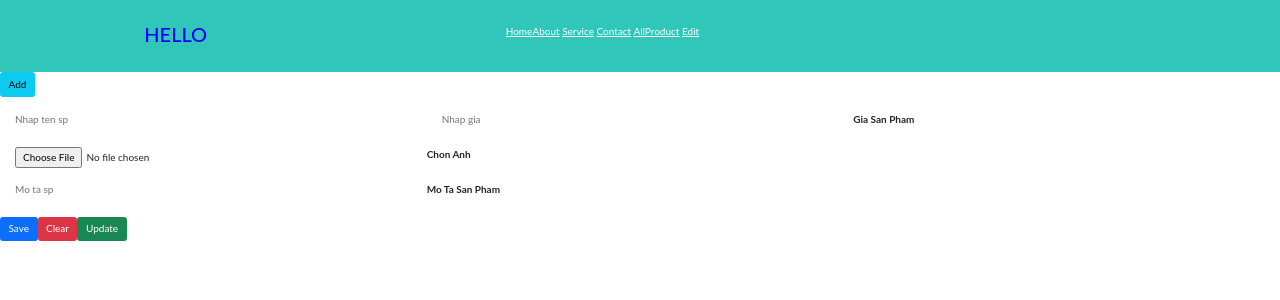
Repository: Hothidani/React
Page: /AllProduct (app in exa/my-react-router-A/)
An editor plug-in stored every save of this project. The page is shown before and after the next save, followed by the edit.
The browser window is 1280 px wide. The pictures show the whole page.
The page's requests for data from a server got no answer. The project was rebuilt for these pictures with package versions that can differ from the ones it lists, and the page was loaded fresh each time. No one was signed in, and anything a server would have sent is missing. Also part of the build but not shown: exa/my-react-router-A/src/component/Navigation.js, exa/my-react-router-A/src/component/Home.js, exa/my-react-router-A/src/component/About.js, exa/my-react-router-A/src/component/Service.js, exa/my-react-router-A/src/component/Contact.js, exa/my-react-router-A/src/component/Edit.js, exa/my-react-router-A/src/component/Add.js.

Above is the page before, as saved 2021-05-10 23:02:15.

### exa/my-react-router-A/public/index.html
<!DOCTYPE html>
<html lang="en">
  <head>
    <meta charset="utf-8" />
    <link rel="icon" href="%PUBLIC_URL%/favicon.ico" />
    <meta name="viewport" content="width=device-width, initial-scale=1" />
    <meta name="theme-color" content="#000000" />

    <meta
      name="description"
      content="Web site created using create-react-app"
    />
    <link rel="apple-touch-icon" href="%PUBLIC_URL%/logo192.png" />
    <!--
      manifest.json provides metadata used when your web app is installed on a
      user's mobile device or desktop. See https://developers.google.com/web/fundamentals/web-app-manifest/
    -->
    <link rel="manifest" href="%PUBLIC_URL%/manifest.json" />
    <link href="%PUBLIC_URL%/../../src/index.css">
    <link rel="stylesheet" href="https://maxcdn.bootstrapcdn.com/bootstrap/3.4.1/css/bootstrap.min.css">
    <script src="https://ajax.googleapis.com/ajax/libs/jquery/3.5.1/jquery.min.js"></script>
    <script src="https://maxcdn.bootstrapcdn.com/bootstrap/3.4.1/js/bootstrap.min.js"></script>
    <!--
      Notice the use of %PUBLIC_URL% in the tags above.
      It will be replaced with the URL of the `public` folder during the build.
      Only files inside the `public` folder can be referenced from the HTML.

      Unlike "/favicon.ico" or "favicon.ico", "%PUBLIC_URL%/favicon.ico" will
      work correctly both with client-side routing and a non-root public URL.
      Learn how to configure a non-root public URL by running `npm run build`.
    -->
    <title>React App</title>
  </head>
  <body>
    <noscript>You need to enable JavaScript to run this app.</noscript>
    <div id="root"></div>
    <!--
      This HTML file is a template.
      If you open it directly in the browser, you will see an empty page.

      You can add webfonts, meta tags, or analytics to this file.
      The build step will place the bundled scripts into the <body> tag.

      To begin the development, run `npm start` or `yarn start`.
      To create a production bundle, use `npm run build` or `yarn build`.
    -->
  </body>
</html>

### exa/my-react-router-A/src/index.js
import React from 'react';
import ReactDOM from 'react-dom';
import App from "./App";
// import AddForm from './App';
import reportWebVitals from './reportWebVitals';

ReactDOM.render(
  <React.StrictMode>
    <App></App>
  </React.StrictMode>,
  document.getElementById('root')
);

// If you want to start measuring performance in your app, pass a function
// to log results (for example: reportWebVitals(console.log))
// or send to an analytics endpoint. Learn more: https://bit.ly/CRA-vitals
reportWebVitals();

### exa/my-react-router-A/src/App.js
import React, { Component } from 'react';
import './App.css';
import './css.css';

import { BrowserRouter as Router, Route, NavLink, Link, Switch } from 'react-router-dom';
import Routers from './component/Routes';


const colorWord = { color: 'White' }
class App extends Component {
  render() {
    return (
      <Router>

        <nav>
          <h2>HELLO</h2>
          <ul className="nav-link">
            <li className="d-inline"><Link to="/" style={colorWord}>Home</Link></li>
            <li className="d-inline"><Link to="/About" style={colorWord} >About</Link></li>
            <li className="d-inline"> <Link to="/Service" style={colorWord}>Service</Link></li>
            <li className="d-inline"> <Link to="/Contact" style={colorWord}>Contact</Link></li>
            <li className="d-inline"> <Link to="/AllProduct" style={colorWord}>AllProduct</Link></li>
            <li className="d-inline"> <Link to="/Edit" style={colorWord}>Edit</Link></li>
          </ul>
        </nav>
        <Switch>
          {this.showContentMenu(Routers)}
        </Switch>

      </Router>
    );

  }
  showContentMenu = (Routers) => {
    var result = null;
    if (Routers.length > 0) {
      result = Routers.map((route, index) => {
        return (

          <Route key={index} path={route.path} exact={route.exact} component={route.main} />
        );
      });
    }
    return result;
  }

}

export default App;

### exa/my-react-router-A/src/App.css
.App {
  text-align: center;
}

nav{
  display: flex;
  justify-content: space-around;
  align-items: center;
  min-height: 10vh;
  background: rgb(48, 199, 186);
  color:blue;
}

.nav-link{
  width: 50%;
  display: flex;
  align-items: center;
  justify-content: space-around;
  list-style: none;
  color: black;
}



/* .row{
  display: flex;
  align-items: center;
} */

### exa/my-react-router-A/src/css.css
* {
    padding: 0;
    margin: 0;
    border: none;
    font-family: 'Lato', sans-serif;
    box-sizing: border-box;
}

html {
    background-color: white;
    text-rendering: optimizeLegibility;
}

.clearfix::after {
    content: "";
    display: table;
    clear: both;
}

.form-control {
    border-radius: 40px;
    border-top-left-radius: 40px;
    border-top-right-radius: 40px;
    border-bottom-right-radius: 40px;
    border-bottom-left-radius: 40px;
}

.content-input {
    width: 500px;
    /* background: #00FFFF; */
}

.content-input-flex {
    display: flex;
    justify-content: space-between;
}

.content-input-footer {
    font-size: 18px;
    display: flex;
    justify-content: center;
}

.footer-logo {
    display: flex;
    justify-content: center;
}

input[class=form-control] {
    background: transparent;
    -webkit-border-radius: 20px;
    -moz-border-radius: 20px;
    border-radius: 20px;
    border: 1px solid none;
    color: #BB0000;
    width: 100%;
    padding-left: 10px;
}

input[class=form-control]:focus {
    outline: none;
    background: #99FFFF;
    border: 1px solid #2da8d9;
    color: #f33838;
}

input[class=form-control]:hover {
    background: #CCFFFF;
    border: 1px solid #2da8d9;
}

.content-input-wrap {
    border-radius: 10px;
    border: rgb(120, 199, 223);
    background-color: rgba(156, 212, 210, 0.4);
    position: relative;
    color: rgba(255, 255, 255, 0.2);
    /* box-shadow: 0px 20px 20px rgb(0 0 0 / 10%), 0px 30px 26px rgb(0 0 0 / 10%); */
}

.content-input-wrap h3 {
    font-weight: 300;
    color: #2da8d9;
}

.content-input-wrap .social {
    width: 100%;
}

.content-input-wrap .social a {
    width: 100%;
    display: block;
    border: 1px solid #00FFFF;
    color: rgba(243, 75, 9, 0.2);
    background: #99CCFF;
}

.content-input-wrap .social a:hover {
    background: rgba(214, 106, 5, 0.2);
    color: rgba(255, 255, 255, 0.2);
    border-color: #00FFFF;
}

.buttonn{
    display: flex;
    justify-content: space-around;
    align-items: center;
    min-width: 5%;

}

### exa/my-react-router-A/src/component/Routes.js
import React from 'react';
import {BrowserRouter as Router, Route} from 'react-router-dom';
import Navigation from './Navigation';
import Home from './Home'
import About from './About';
import Service from './Service';
import Contact from './Contact';
import AllProduct from './AllProduct';
import Edit from './Edit';
import Add from './Add';

const Routers = [
	{
		path : '/',
		exact : true,
		main : ()=> <Home />
	},
	{
		path : '/About',
		exact : true,
		main : ({match})=> <About match={match} />
	},
    {
		path : '/Contact',
		exact : true,
		main : ({match})=> <Contact match={match} />
	}
		,
		  {
			path : '/Service',
			exact : true,
			main : ({match})=> <Service match={match} />
		},
		{
		  path : '/AllProduct',
		  exact : true,
		  main : ({match})=> <AllProduct match={match} />
	  }
	  ,
	  {
		path : '/Add',
		exact : true,
		main : ({match})=> <Add match={match} />
	}
	,
	{
	  path : '/Edit',
	  exact : true,
	  main : ({match})=> <Edit match={match} />
  }


]

export default Routers

### exa/my-react-router-A/src/component/AllProduct.js
// import React, { Component } from 'react';
// import axios from 'axios';
// import Add from './Add';
// import 'bootstrap/dist/css/bootstrap.min.css';


// import { NavLink } from 'react-router-dom';
// class AllProduct extends Component {
//     constructor(props) {
//         super(props);
//         this.state = {
//             product: []
//         }

//     }
//     componentDidMount() {
//         axios({
//             method: 'GET',
//             url: ' https://6093b5e8a7e53a001795161e.mockapi.io/Products',
//             data: null
//         }).then(res => {
//             this.setState({
//                 product: res.data
//             });
//         }).catch(err => {
//         });
//     }




//     // render() {
//     //     return (
//     //       <div className="row">
//     //         {this.state.product.map(element => {
//     //           return (
//     //             <div className="col-3">
//     //               <div className="card" style={{ width: '500', height: '300' }}>

//     //                 <div className="container">
//     //                   <h4><b>{element.id}</b></h4>
//     //                   <b>  {element.product_name}</b>
//     //                   <div class="spacing">
//     //                     <p>Type</p>

//     //                     <img  src={element.product_pic}   width={300} height={200}></img>
//     //                   </div>
//     //                   <div class="spacing">
//     //                     <p>Area</p>
//     //                     <p>{element.price}</p>
//     //                   </div>

//     //                   <div style={{ display: 'flex' }}> <button style={{ width: '300px' }} type="button" class="btn btn-primary" onClick={this.handleBuy}>ADD</button>
//     //                   </div>

//     //                 </div>
//     //               </div>
//     //             </div>
//     //           );
//     //         })}
//     //       </div>
//     //     );
//     //   }
//     // }

//     // componentWillUpdate() {
//     //     if (this.state.sort === true) {
//     //         axios({
//     //             method: 'GET',
//     //             url: 'http://localhost:3000/products?_sort=price&_order=asc&_limit=4',
//     //             data: null
//     //         }).then(res => {
//     //             this.setState({
//     //                 product: res.data
//     //             });
//     //         }).catch(err => {
//     //         });
//     //     } else {
//     //         axios({
//     //             method: 'GET',
//     //             url: 'http://localhost:3000/products?_sort=price&_order=desc&_limit=4',
//     //             data: null
//     //         }).then(res => {
//     //             this.setState({
//     //                 product: res.data
//     //             });
//     //         }).catch(err => {
//     //         });
//     //     }

//     // }

//     Low = () => {
//         this.setState({
//             sort: true
//         });
//     }

//     High = () => {
//         this.setState({
//             sort: false
//         });
//     }

//     onChange = (event) => {
//         var target = event.target;
//         var name = target.name;
//         var value = target.value;
//         this.setState({
//             [name]: value
//         });
//     }

// delete(e) {
// 	e.preventDefault();
//     if(window.confirm('Are you sure?'))
// {
//     fetch('https://6093b5e8a7e53a001795161e.mockapi.io/Products' + e,{
//         method:'DELETE',
//         headers:{'OK':'aplication/json',
//         'Content-Type':'aplication/json'
//     }
//     })
// }
// 	axios.delete('https://6093b5e8a7e53a001795161e.mockapi.io/Products')
// 	.then(res => console.log(res.data));
// }


//     render() {
//         var { product, keyword } = this.state;
//         return (
//             <div>

//                                          <div className="d-inline">
//                                             <NavLink to={`/Add`} >
//                                                 <button className="btn btn-info ">Add <i className="fa fa-chevron-right" /></button>
//                                                 <div className="clearfix" />
//                                             </NavLink>
//                                         </div>
//                 {this.state.product.map((product) => {
//                     return (
//                         <React.Fragment>
//                             <div className="col-sm-3 mt-4 row ">
//                                 <div className="single-item">
//                                     <div className="ribbon-wrapper">
//                                         <div className="ribbon sale">San Pham: {product.id}</div>
//                                         <div className="ribbon sale">Mo Ta: {product.describe}</div>
//                                     </div>
//                                     <div className="single-item-header">
//                                         <a><img src={product.product_pic} alt="" height="300" width="500" /></a>
//                                     </div>
//                                     <div className="single-item-body">
//                                         <p className="single-item-title text-center text-danger t">{product.product_name}</p>
//                                         <p className="single-item-price text-center">
//                                             <span className="mb-3 t">Gia: ${product.price}</span>
//                                         </p>
//                                     </div>
//                                     <div className="single-item-caption mt-1 ml-5">
//                                         <a className="add-to-cart pull-left"><i className="fa fa-shopping-cart" /></a>

//                                         <button type="submit" className="btn btn-primary  " onclick={this.onSubmit}>Update</button>
//                                         <button type="submit" onclick={this.delete} className="btn btn-danger">Delete</button>
//                                         <NavLink to="/AllProduct" className="btn btn-success">View</NavLink>
//                                         {/* <NavLink to="/AllProduct" className="btn btn-success">View</NavLink>
//                                          <div className="d-inline">
//                                             <NavLink to={`/Add`} >
//                                                 <button className="btn btn-info ">Add <i className="fa fa-chevron-right" /></button>
//                                                 <div className="clearfix" />
//                                             </NavLink>
//                                         </div> */}
//                                         {/*
//                                         <div className="d-inline">
//                                             <NavLink to={`/products/${product.id}/productdetail`}  >
//                                                 <button className="btn btn-info ">Details <i className="fa fa-chevron-right" /></button>
//                                                 <div className="clearfix" />
//                                             </NavLink>
//                                         </div> */}
//                                     </div>
//                                 </div>
//                             </div>
//                         </React.Fragment>
//                     );
//                 })}
//             </div>


//         );
//     }
// }



// export default AllProduct;


 import { NavLink } from 'react-router-dom';
 import 'bootstrap/dist/css/bootstrap.min.css';


import React, { Component } from 'react';
import axios from 'axios';
import { toast } from 'react-toastify';
//import { toast } from 'react-toastify';

class AllProduct extends Component {
    constructor(props) {
        super(props)
        this.state = {
            products: [],
            id: '',
            product_name: '',
            price: '',
            describe: '',
            product_pic:''
        }
    }

    onChange = (event) => {
        var target = event.target;
        var nam = target.name;
        var val = target.value;
        this.setState({
            [nam]: val
        });
    }

    onClear = () => {
        this.setState({
            id: '',
            product_name: '',
            price: '',
            describe: '',
            product_pic:''
        });
    }

    onSave = (event) => {
        event.preventDefault();
        const pro = {
        product_name: this.state.product_name,
		product_pic: this.state.product_pic,
        price: this.state.price,
        describe: this.state.describe
        };
        axios({
            method: 'POST',
            url: `http://localhost:3000/Products`,
            data: pro
        }).then(res => {
           res.data = pro;
           alert("Đã thêm một sản phẩm thành công")
        }).catch(err => {
        });
       /* axios.post(`https://6093b5e8a7e53a001795161e.mockapi.io/Products`, pro)
            .then(res => {
                alert("Đã thêm một sản phẩm thành công")
                console.log(res);
                console.log(res.data);
            })
        this.state.products.push(pro);*/
    }

    componentDidMount() {
        axios({
            method: 'GET',
            url: '  http://localhost:3000/Products',
            data: null
        }).then(res => {
            this.setState({
                products: res.data
            });
        }).catch(err => {
        });
    }




    onDelete = (id) => {
        alert ("Delete");
        this.setState({
          products:this.state.products.filter(item=>item.id!=id)
        })
       axios({
          method: 'DELETE',
          url:`http://localhost:3000/Products/${id}`,
      }).then (res =>{
          console.log(res);
          console.log(res.data);
      }).catch(err =>{
      })
      }

    render() {
        return (
            <React.Fragment>
                <div>
                <div className="d-inline">
                                           <NavLink to={`/Add`} >
                                                <button className="btn btn-info ">Add <i className="fa fa-chevron-right" /></button>
                                               <div className="clearfix" />
                                           </NavLink >
               </div>
                    <div>
                    <form onSubmit={this.onSave}>
                    <div className="form-group">
                        <h2>{this.state.product_name}</h2>
                        <input name="product_name" type="text" className="col-sm-4" id="tensp" placeholder="Nhap ten sp"  onChange={this.onChange} />
                    </div>
                    <div className="form-group">
                        <label  >Gia San Pham</label>
                        <input name="price" type="number" className="col-sm-4" id="giasp" placeholder="Nhap gia"  onChange={this.onChange}/>
                    </div>
                    <div className="form-group">
                        <label  >Chon Anh</label>
                        <input name="product_pic" ref={(input) =>{this.product_pic= input}} type="file" className="col-sm-4" id="anhsp" placeholder="" onChange={this.onChange} />
                    </div>
                    <div className="form-group">
                        <label  >Mo Ta San Pham</label>
                        <input name="describe" type="text" className="col-sm-4" id="motasp" placeholder="Mo ta sp" onChange={this.onChange}  />
                    </div>
                    <button type="submit"  className="btn btn-primary  ">Save</button>
                    <button type="button" onclick={this.onClear} className="btn btn-danger">Clear</button>
                    <button type="button" onClick={this.onUpdate}  className="btn btn-success">Update</button>

            </form>

                    </div>
                    {this.state.products.map(element => {
                        return (
                            <div>
                                <p>{element.id}</p>
                                <p>{element.product_name}</p>
                                <p>{element.price}</p>
                                <p>{element.describe}</p>
                                <img src={element.product_pic} alt="" height="300" width="500" />
                                <div>
                                    <button type="button" onClick={this.onEdit}  className="btn btn-success">Edit</button>
                                    <button type="button"  onClick={()=>this.onDelete(element.id)} className="btn btn-danger">Delete</button>
                                </div>
                            </div>
                        );
                    })}
                </div>
            </React.Fragment>
        );
    }
}

class Update extends Component {
    render() {
        return (
            <React.Fragment>
                <div>
                    <form onSubmit={this.onUpdate}>
                        Name:
                        <input type='text' name="name" value={this.state.name} onChange={this.onChange} /><br /><br />
                        Type:
                        <input type='text' name="type" value={this.state.type} onChange={this.onChange} /><br /><br />
                        Quantity:
                        <input type='text' name="quantity" value={this.state.quantity} onChange={this.onChange} /><br /><br />
                        <div>
                            <button type="submit" className="btn bt-primary">Update</button>
                        </div>
                    </form>
                </div>
            </React.Fragment>
        );
    }
}

export default AllProduct;

Loaded but not shown: exa/my-react-router-A/src/reportWebVitals.js (common file)

After the next save:
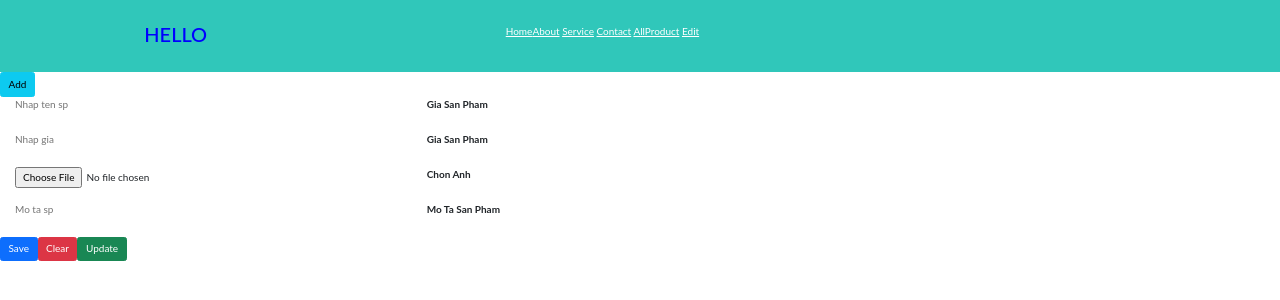
Saved 2 min 12 s later.
--- a/exa/my-react-router-A/src/component/AllProduct.js
+++ b/exa/my-react-router-A/src/component/AllProduct.js
@@ -305,7 +305,7 @@ class AllProduct extends Component {
                     <div>
                     <form onSubmit={this.onSave}>
                     <div className="form-group">
-                        <h2>{this.state.product_name}</h2>
+                        <label  >Gia San Pham</label>
                         <input name="product_name" type="text" className="col-sm-4" id="tensp" placeholder="Nhap ten sp"  onChange={this.onChange} />
                     </div>
                     <div className="form-group">
